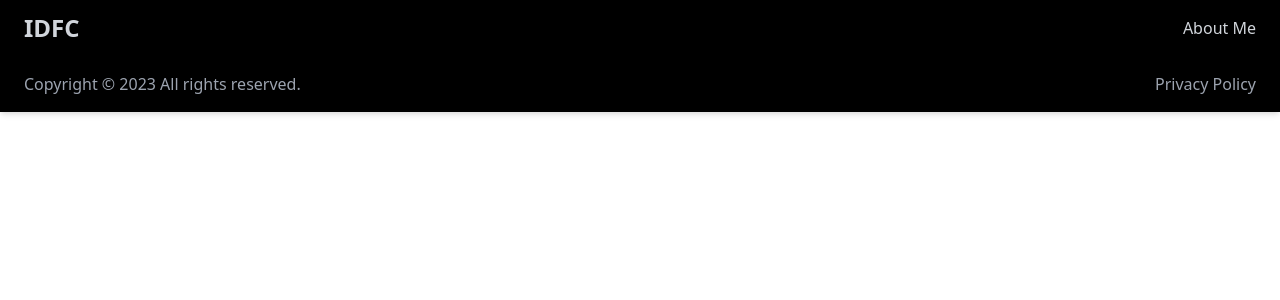
Repository: skybainiao/HackerStarter
Page: htmlFile/me.html
These files come from the project's save history. The page is drawn as it stood at one moment and after the next save; the edit follows.
The browser window is 1280 px wide. The pictures show the whole page.

Above is the page before, as saved 2023-04-09 13:31:25.

### htmlFile/me.html
<!DOCTYPE html>
<html lang="zh">
  <head>
    <meta charset="UTF-8">
    <meta name="viewport" content="width=device-width, initial-scale=1.0">
    <title>IDFC</title>
    <link href="https://cdn.jsdelivr.net/npm/tailwindcss@2.2.16/dist/tailwind.min.css" rel="stylesheet">



  </head>
  <body class="flex flex-col min-h-screen">
    <div class="flex-grow">
        <!-- 导航栏 -->
        <header class="bg-black shadow-md">
          <nav class="container mx-auto px-6 py-3">
              <div class="flex items-center justify-between">
                  <div>
                      <a href="../index.html" class="text-gray-300 text-2xl font-semibold">IDFC</a>
                  </div>
                  <div id="navbarMenu" class="hidden md:flex items-center space-x-4">
                      <a href="me.html" class="text-gray-300 hover:text-white">About Me</a>
                  </div>
                  <button id="menuButton" class="md:hidden text-gray-300">
                      <svg xmlns="http://www.w3.org/2000/svg" class="h-6 w-6" fill="none" viewBox="0 0 24 24" stroke="currentColor">
                          <path strokeLinecap="round" strokeLinejoin="round" strokeWidth="2" d="M4 6h16M4 12h16M4 18h16" />
                      </svg>
                  </button>
              </div>
          </nav>
      </header>

        <!-- 主内容 -->

    <!-- 页脚 -->
    <footer class="bg-black shadow-md">
        <div class="container mx-auto px-6 py-4">
            <div class="flex justify-between items-center">
                <div>
                    <p class="text-gray-400">Copyright © 2023 All rights reserved.</p>
                </div>
                <div>
                    <a href="#" class="text-gray-400 hover:text-gray-300">Privacy Policy</a>
                </div>
            </div>
        </div>
    </footer>



  <script>


  </script>


</body>
</html>

### newCSS/home.css
#h1Text{

}

.image-container {
    position: relative;
    overflow: hidden;
}

.image-container img {
    width: 100%;
    height: auto;
}

.floating-text {
    position: absolute;
    bottom: 0;
    left: 0;
    width: 100%;
    padding: 2rem;
    text-align: center;
    background-color: rgba(0, 0, 0, 0.5);
    color: white;
    font-size: 1.5rem;
    font-weight: bold;
    text-transform: uppercase;
}


.artistic-text {
    font-family: 'Lobster', cursive;
    text-align: center;
    font-size: 35px;
    letter-spacing: 3px;
    text-shadow: 2px 2px 5px rgba(0, 0, 0, 0.5);
}

/* 暗色调 */
body {
  background-color: #000000;
  color: #e2e8f0;
}

.header,
.footer {
  background-color: #000000;
}

a, .header a, .footer a {
  color: #ff0000;
}

a:hover, .header a:hover, .footer a:hover {
  color: #ff0000;
}

After the next save:
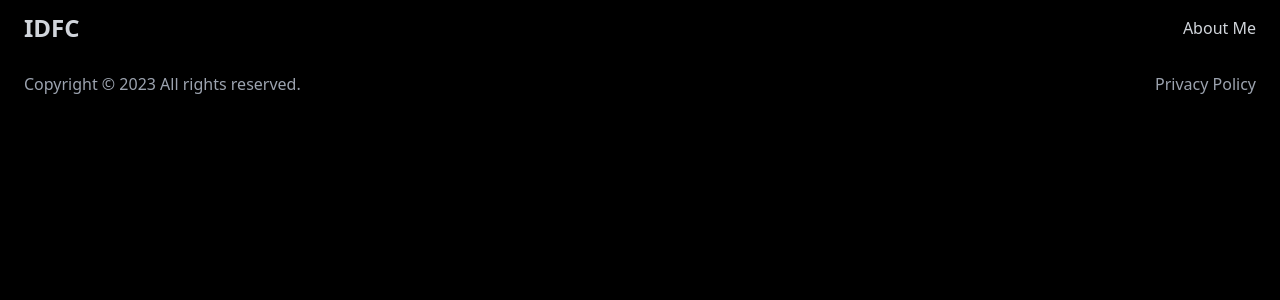
Saved 42 s later.
--- a/htmlFile/me.html
+++ b/htmlFile/me.html
@@ -5,7 +5,7 @@
     <meta name="viewport" content="width=device-width, initial-scale=1.0">
     <title>IDFC</title>
     <link href="https://cdn.jsdelivr.net/npm/tailwindcss@2.2.16/dist/tailwind.min.css" rel="stylesheet">
-
+    <link href="newCSS/home.css" rel="stylesheet">
 
 
   </head>
@@ -48,10 +48,6 @@
 
 
 
-  <script>
-
-
-  </script>
 
 
 </body>
